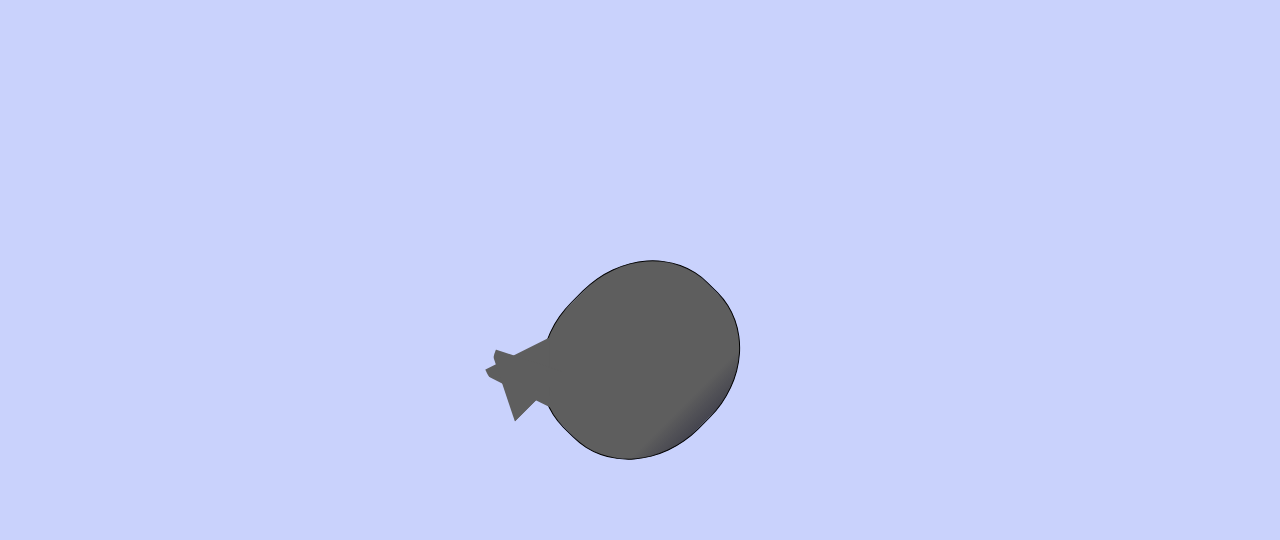
Repository: Lungdjos/cat_painting
Page: index.html
These files come from the project's save history. The page is drawn as it stood at one moment and after a run of saves; the edit follows.
The browser window is 1280 px wide. The pictures show the whole page.

Above is the page before, as saved 2023-11-07 23:47:09.

After the next 2 saves:
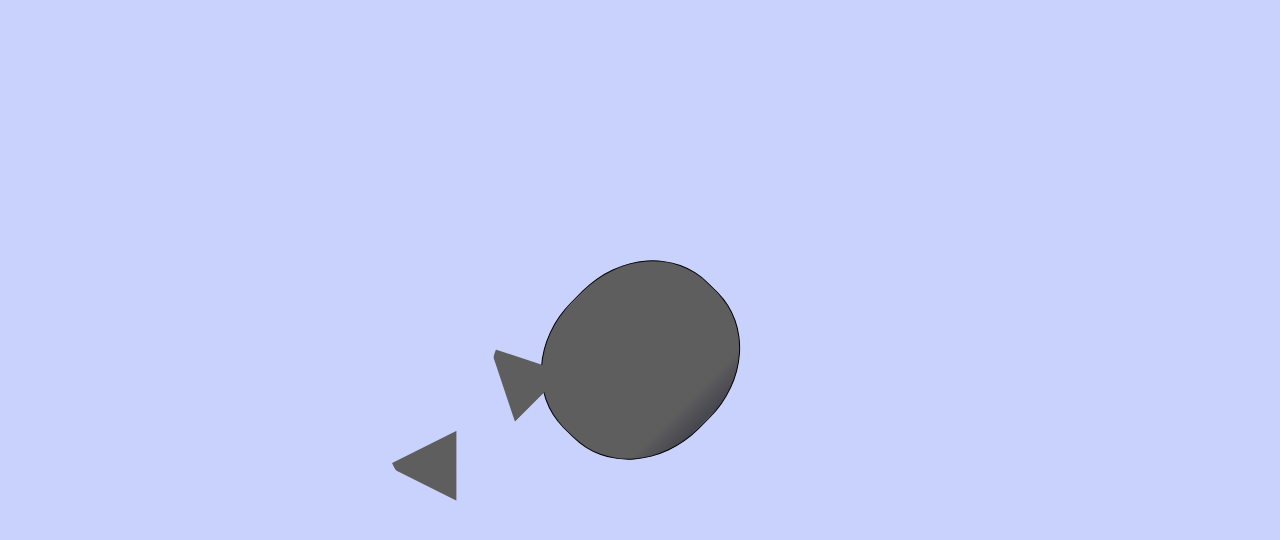
The 2 saves are shown as one change because they came seconds apart.
The last was saved 28 s later.
--- a/styles.css
+++ b/styles.css
@@ -26,7 +26,7 @@ body {
 .cat-right-ear {
     position: absolute;
     top: -26px;
-    left: -31px;
+    left: -163px;
     border-top-left-radius: 90px;
     border-top-right-radius: 10px;
     transform: rotate(-45deg);
